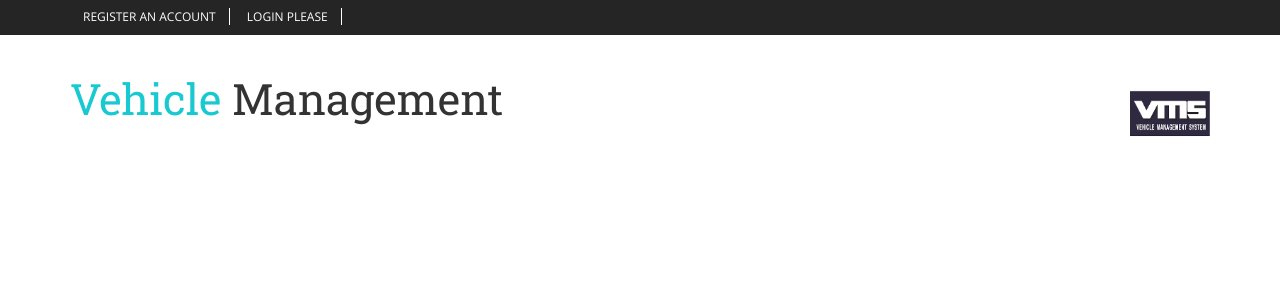
Repository: karthik-H/vms
Page: http://localhost/vms/contact-us.jsp
An editor plug-in stored every save of this project. The page is shown before and after the next save, followed by the edit.
The browser window is 1280 px wide. The pictures show the whole page.
The page is served by Tomcat 9. Other server files are loaded and not shown.

Above is the page before, as saved 2019-01-26 20:00:30.

### Vehicle/vms/src/main/webapp/contact-us.jsp
<%@ page language="java" contentType="text/html; charset=ISO-8859-1"
    pageEncoding="ISO-8859-1"%>
<!DOCTYPE html PUBLIC "-//W3C//DTD HTML 4.01 Transitional//EN" "http://www.w3.org/TR/html4/loose.dtd">
<html>
<head>
<meta http-equiv="Content-Type" content="text/html; charset=ISO-8859-1">
<title>Contact us</title>
<style>
*, *:before, *:after {
  -moz-box-sizing: border-box;
  -webkit-box-sizing: border-box;
  box-sizing: border-box;
}
body {
  font-family: 'Nunito', sans-serif;
  color: #384047;
}
form {
  max-width: 300px;
  margin: 10px auto;
  padding: 10px 20px;
  background: #f4f7f8;
  border-radius: 8px;
}
h1 {
  text-align: center;
  padding: 0 0 20px 0;
}
input[type="text"],
input[type="tel"],
input[type="email"],
input[type="password"],
textarea,
select{
  background: rgba(255,255,255,0.1);
  background-color: #e8eeef;
  border-radius: 3px;
  font-size: 16px;
  height: auto;
  width: 100%;
  padding: 5px;
  margin: 0;
  margin-bottom: 30px;
  outline: 0;
  color: #8a97a0;
  box-shadow: 0 1px 0 rgba(0,0,0, .03) inset;
  /* - border transition around a text field on focus - */
  border: 2px solid;
  border-color: #ccc;
  transition: border-color, .6s;
}
input[type="text"]:focus,
input[type="tel"]:focus,
input[type="email"]:focus,
input[type="password"]:focus,
textarea:focus,
select:focus {
  border-color: #5fcf80;
}
label {
  display: block;
  margin-bottom: 8px;
}
input[type="radio"],
input[type="checkbox"] {
  margin: 0 4px 8px 0;
}
select {
  height: 32px;
  padding: 6px;
}
label.light {
  display: inline;
  font-weight: 300;
}
button {
  width: 100%;
  background-color: #18C9D2;
  color: #fff;
  font-size: 18px;
  text-align: center;
  font-style: normal;
  border: 1px solid #18C9D2;
  border-radius: 5px;
  border-width: 1px 1px 3px;
  padding: 19px 39px 18px 39px;
  box-shadow: 0 -1px 0 rgba(255,255,255,0.1) inset;
  margin-bottom: 10px;
}
fieldset {
  border: none;
  margin-bottom: 30px;
}
.number {
  display: inline-block;
  height: 30px;
  width: 30px;
  color: #fff;
  font-size: .8em;
  text-align: center;
  line-height: 30px;
  margin-right: 4px;
  border-radius: 100%;
  background-color: #18C9D2;
  text-shadow: 0 1px 0 rgba(255,255,255,0.2);
}
legend {
  font-size: 1.4em;
  margin-bottom: 10px;
}
@media screen and (min-width: 480px) {
  form {
    max-width: 480px;
  }
}
</style>
<script type="applijegleryion/x-javascript"> addEventListener("load", function() { setTimeout(hideURLbar, 0); }, false); function hideURLbar(){ window.scrollTo(0,1); } </script>
<link href="css/bootstrap.css" rel='stylesheet' type='text/css' />
<!-- Custom Theme files -->
<link href="css/style.css" rel='stylesheet' type='text/css' />
<script src="js/jquery-1.11.1.min.js"></script>
<!-- start menu -->
<link href="css/megamenu.css" rel="stylesheet" type="text/css" media="all" />
<script type="text/javascript" src="js/megamenu.js"></script>
<script>$(document).ready(function(){$(".megamenu").megamenu();});</script>
<script src="js/menu_jquery.js"></script>
<script src="js/simpleCart.min.js"> </script>
<!--web-fonts-->
 <link href='//fonts.googleapis.com/css?family=Open+Sans:400,300,400italic,300italic,600,700' rel='stylesheet' type='text/css'>
 <link href='//fonts.googleapis.com/css?family=Roboto+Slab:300,400,700' rel='stylesheet' type='text/css'>
<!--//web-fonts-->
 <script src="js/scripts.js" type="text/javascript"></script>
<script src="js/modernizr.custom.js"></script>
<script type="text/javascript" src="js/move-top.js"></script>
<script type="text/javascript" src="js/easing.js"></script>
<!--/script-->
<script type="text/javascript">
			jQuery(document).ready(function($) {
				$(".scroll").click(function(event){
					event.preventDefault();
					$('html,body').animate({scrollTop:$(this.hash).offset().top},900);
				});
			});
</script>
<script id="jsbin-javascript">
(function (global) {
	if(typeof (global) === "undefined")
	{
		throw new Error("window is undefined");
	}
    var _hash = "!";
    var noBackPlease = function () {
        global.location.href += "#";
		// making sure we have the fruit available for juice....
		// 50 milliseconds for just once do not cost much (^__^)
        global.setTimeout(function () {
            global.location.href += "!";
        }, 50);
    };
	// Earlier we had setInerval here....
    global.onhashchange = function () {
        if (global.location.hash !== _hash) {
            global.location.hash = _hash;
        }
    };
    global.onload = function () {
		noBackPlease();
		// disables backspace on page except on input fields and textarea..
		document.body.onkeydown = function (e) {
            var elm = e.target.nodeName.toLowerCase();
            if (e.which === 8 && (elm !== 'input' && elm  !== 'textarea')) {
                e.preventDefault();
            }
            // stopping event bubbling up the DOM tree..
            e.stopPropagation();
        };
    };
})(window);
</script>
<!-- the jScrollPane script -->
<script type="text/javascript" src="js/jquery.jscrollpane.min.js"></script>
		<script type="text/javascript" id="sourcecode">
			$(function()
			{
				$('.scroll-pane').jScrollPane();
			});
		</script>
<!-- //the jScrollPane script -->

</head>
<body>

<div class="top_bg" id="home">
	<div class="container">
		<div class="header_top">
			<div class="top_right">
				<ul>
					<li><a href="signup.jsp">Register an Account</a></li>
					<li><a href="login.jsp">Login Please</a></li>
				</ul>
			</div>
			<div class="clearfix"> </div>
		</div>
	</div>
</div>
<div class="header_bg">
   <div class="container">
	<div class="header">
	  <div class="head-t">
		 <div class="logo">
			  <a href="index.php"><h1>Vehicle <span>Management</span></h1> </a>
		  </div>
		  <div class="header_right">
			<div class="cart box_1">
				<a href="#">
				<div>
				<a  href="#"><img src="images/logo.png" width="80px" height="80px" /></a></div>
				<div class="clearfix"> </div>
			</div>
		</div>
		<div class="clearfix"></div>
	    </div>
		<!--start-header-menu-->
	</div>
</div>
</div>
</body>
</html>

### Vehicle/vms/src/main/webapp/css/megamenu.css
.megamenu{margin-bottom:0px;padding:0;width:100%;list-style:none;display:inline-block;position:relative;font-family:Calibri,Arial;font-size:15px}
.megamenu li{margin-bottom:-5px;display:inline}
.megamenu>li>a{float:left;padding:8px 34px;text-decoration:none;text-transform:capitalize;font-size:1em; -webkit-transition: all 0.3s ease-in-out;text-transform:uppercase;
	-moz-transition: all 0.3s ease-in-out;
	-o-transition: all 0.3s ease-in-out;
	transition: all 0.3s ease-in-out;
}
.megamenu>li.active>a{background: #18C9D2;
    color: #fff;}
.megamenu>li.right{float:right}
.megamenu .dropdown,.megamenu .dropdown li .dropdown{list-style:none;margin:0;padding:0;display:none;position:absolute;z-index:999;width:160px;border:solid 1px rgba(0,0,0,0.1);background:#fff}
.megamenu .dropdown{top:59px}
.megamenu .dropdown li .dropdown{left:160px;top:inherit}
.megamenu .dropdown li{clear:both;width:100%;border-bottom:solid 1px rgba(0,0,0,0.1)}
.megamenu .dropdown li:last-child{border-bottom:0}
.megamenu .dropdown li a{float:left;width:100%;padding:10px 25px;text-decoration:none;display:block;border:0 none;font-size:14px;color:#444;background:0;-webkit-box-sizing:border-box;-moz-box-sizing:border-box;box-sizing:border-box;transition:color .4s ease-in-out;-moz-transition:color .4s ease-in-out;-webkit-transition:color .4s ease-in-out;-o-transition:color .4s ease-in-out}
.megamenu .dropdown li:hover>a{background:#dbdbdb}
.megamenu>li>.megapanel{position:absolute;display:none;background:#ffffff;box-shadow: 0px 2px 4px #777; width:100.2%;top:38px;left:-1px;z-index:99;padding:20px 30px 20px;-webkit-box-sizing:border-box;-moz-box-sizing:border-box;box-sizing:border-box}
.megamenu .megapanel ul{margin:0;padding:0}
.megamenu .megapanel img{width:100%;border:solid 1px #dedede;cursor:pointer;-webkit-transition:border .3s linear;-moz-transition:border .3s linear;-o-transition:border .3s linear;transition:border .3s linear}.megamenu .megapanel img:hover{border:solid 1px #777}.megamenu form.contact input,.megamenu form.contact textarea{font-family:Calibri,Arial;font-size:16px;color:#444;outline:0}
.megamenu form.contact input[type="text"],
.megamenu form.contact textarea{resize:none;width:100%;margin:10px 0;padding:5px 10px;border:solid 1px #dedede;-webkit-box-sizing:border-box;-moz-box-sizing:border-box;box-sizing:border-box;-webkit-transition:border .3s linear;-moz-transition:border .3s linear;-o-transition:border .3s linear;transition:border .3s linear}
.megamenu form.contact input[type="text"]{height:40px}
.megamenu form.contact input[type="text"]:focus,
.megamenu form.contact textarea:focus{border:solid 1px #999}
.megamenu form.contact input[type="submit"]{width:100px;height:35px;border:0;color:#fff;cursor:pointer;background:#999}
.megapanel .row{width:100%;margin-top:15px}
.megapanel .row:first-child{margin-top:0}
.megapanel .row:before,.megapanel .row:after{display:table;content:"";line-height:0}
.megapanel .row:after{clear:both}
.megapanel .row .col1,.megapanel .row .col2,.megapanel .row .col3,.megapanel .row .col4,.megapanel .row .col5,.megapanel .row .col6{display:block;width:100%;min-height:20px;float:left;margin-left:2.127659574468085%;-webkit-box-sizing:border-box;-moz-box-sizing:border-box;box-sizing:border-box}
.megapanel .row [class*="col"]:first-child{margin-left:0}
.megapanel .row .col1{width:14.893617021276595%}
.megapanel .row .col2{width:31.914893617021278%}
.megapanel .row .col3{width:48.93617021276595%}
.megapanel .row .col4{width:65.95744680851064%}
.megapanel .row .col5{width:82.97872340425532%}
.megapanel .row .col6{width:100%}
.megamenu>li.showhide{display:none;width:100%;height:50px;cursor:pointer;color:#555;border-bottom:solid 1px rgba(0,0,0,0.1);background:#eee;background:url(data:[embedded picture, 658 characters]);background:-moz-linear-gradient(top,#eee 0,#dbdbdb 100%);background:-webkit-gradient(linear,left top,left bottom,color-stop(0%,#eee),color-stop(100%,#dbdbdb));background:-webkit-linear-gradient(top,#eee 0,#dbdbdb 100%);background:-o-linear-gradient(top,#eee 0,#dbdbdb 100%);background:-ms-linear-gradient(top,#eee 0,#dbdbdb 100%);background:linear-gradient(to bottom,#eee 0,#dbdbdb 100%);filter:progid:DXImageTransform.Microsoft.gradient(startColorstr='#eeeeee',endColorstr='#dbdbdb',GradientType=0)}
.megamenu>li.showhide span.title{margin:15px 0 0 25px;float:left}.megamenu>li.showhide span.icon1:after{position:absolute;content:"";right:25px;top:15px;height:3px;width:25px;font-size:50px;border-top:3px solid #18C9D2;border-bottom:3px solid #18C9D2;z-index:1}
.megamenu>li.showhide span.icon2:after{position:absolute;content:"";right:25px;top:27px;height:3px;width:25px;font-size:50px;border-top:3px solid #18C9D2;border-bottom:3px solid #18C9D2;z-index:1}
.skyblue,.skyblue>li.showhide{
}

.skyblue li>a,.skyblue>li.showhide span{color:#3f3d3d}
.skyblue>li:hover>a,.skyblue .dropdown li:hover>a{color:#555; background:#ffffff;}.
skyblue .megapanel img:hover,.skyblue form.contact input[type="text"]:focus,.skyblue form.contact textarea:focus{}
.skyblue form.contact input[type="submit"]{background:#00405d;text-transform:uppercase;}
@media(max-width:1024px){
	.megamenu>li>a {
		padding: 8px 16px;
	}
}
@media(max-width:800px){
	.megamenu>li>a {
		padding: 8px 8px;
	}
}
@media(max-width:768px){
	.megamenu>li{display:block;width:100%;border-bottom:none;box-sizing:border-box;-moz-box-sizing:border-box;-webkit-box-sizing:border-box}
	.megamenu>li:hover,.megamenu>li.active{border-top:0}
	.megamenu>li>a{padding:8px 12px}
	.megamenu>li:hover>a,.megamenu>li.active>a{padding:8px 12px}
	.megamenu a{width:100%;box-sizing:border-box;-moz-box-sizing:border-box;-webkit-box-sizing:border-box}
	.megamenu .dropdown,.megamenu .dropdown li .dropdown{width:100%;display:none;left:0;border-left:0;position:static;border:0;box-sizing:border-box;-moz-box-sizing:border-box;-webkit-box-sizing:border-box}
	.megamenu .dropdown li{background:#fff!important;border:0}
	.megamenu .dropdown>li>a{padding-left:40px!important}
	.megamenu>li>.megapanel{position:static;padding-top:50px}
	.megapanel .row [class*="col"]{float:none;display:block;width:100%;margin-left:0;margin-top:15px;-webkit-box-sizing:border-box;-moz-box-sizing:border-box;box-sizing:border-box}
	.megapanel .row:first-child [class*="col"]:first-child{margin-top:0}
	.megapanel .row{margin-top:0}.black{background:#222}
	.megamenu>li.showhide span.title {
		margin: 10px 0 0 15px;
		font-weight: 400;
		font-size: 1.1em;
		    color: #333;
	}
	.megamenu>li.showhide span.icon1:after {
		top: 12px;
		right:15px;
	}
	.megamenu>li.showhide span.icon2:after {
	    top:23px;
	    right:15px;
	}
	.megamenu>li.showhide {
		height: 40px;
	}
}
/* start megamenu colors */
.skyblue li a.color1:hover{
	background:#18C9D2;
	color: #ffffff;
}
.skyblue li a.color2:hover{
	background:#18C9D2;
	color: #ffffff;
}
.skyblue li a.color3:hover{
	background:#18C9D2;
	color: #ffffff;
}
.skyblue li a.color4:hover{
	background:#18C9D2;
	color: #ffffff;
}
.skyblue li a.color5:hover{
	background:#18C9D2;
	color: #ffffff;
}
.skyblue li a.color6:hover{
	background:#18C9D2;
	color: #ffffff;
}
.skyblue li a.color7:hover{
	background:#18C9D2;
	color: #ffffff;
}
.skyblue li a.color8:hover{
	background:#18C9D2;
	color: #ffffff;
}
.skyblue li a.color9:hover{
	background:#18C9D2;
	color: #ffffff;
}
.skyblue li a.color10:hover{
	background:#18C9D2;
	color: #ffffff;
}

Loaded but not shown: Vehicle/vms/src/main/webapp/css/bootstrap.css (library); Vehicle/vms/src/main/webapp/js/jquery-1.11.1.min.js (library); Vehicle/vms/src/main/webapp/js/simpleCart.min.js (library); Vehicle/vms/src/main/webapp/js/jquery.jscrollpane.min.js (library); Vehicle/vms/src/main/webapp/js/easing.js (140 lines, source omitted); Vehicle/vms/src/main/webapp/js/scripts.js (147 lines, source omitted); Vehicle/vms/src/main/webapp/js/move-top.js (5 lines, source omitted); Vehicle/vms/src/main/webapp/js/megamenu.js (1 lines, source omitted); Vehicle/vms/src/main/webapp/js/menu_jquery.js (42 lines, source omitted); Vehicle/vms/src/main/webapp/css/style.css (2642 lines, source omitted)

After the next save:
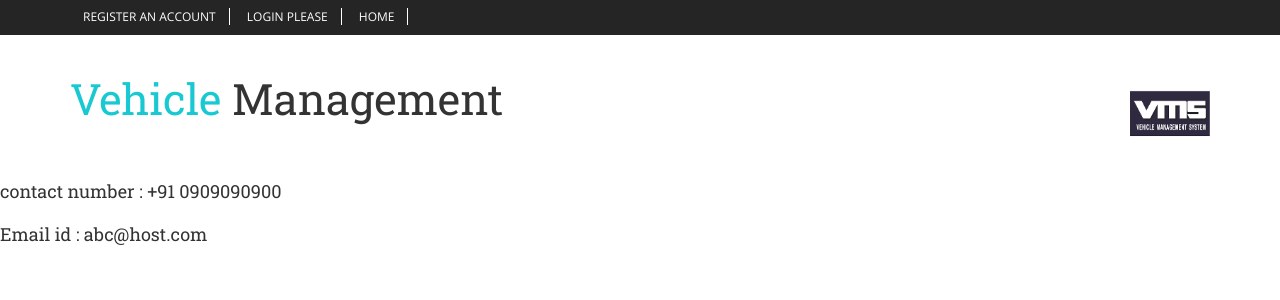
Saved 90 s later.
--- a/Vehicle/vms/src/main/webapp/contact-us.jsp
+++ b/Vehicle/vms/src/main/webapp/contact-us.jsp
@@ -195,8 +195,9 @@ legend {
 		<div class="header_top">
 			<div class="top_right">
 				<ul>
-					<li><a href="signup.jsp">Register an Account</a></li>
+					<li><a href="register.jsp">Register an Account</a></li>
 					<li><a href="login.jsp">Login Please</a></li>
+					<li><a href="index.jsp">Home</a></li>
 				</ul>
 			</div>
 			<div class="clearfix"> </div>
@@ -208,7 +209,7 @@ legend {
 	<div class="header">
 	  <div class="head-t">
 		 <div class="logo">
-			  <a href="index.php"><h1>Vehicle <span>Management</span></h1> </a>
+			  <a href="index.jsp"><h1>Vehicle <span>Management</span></h1> </a>
 		  </div>
 		  <div class="header_right">
 			<div class="cart box_1">
@@ -224,5 +225,9 @@ legend {
 	</div>
 </div>
 </div>
+
+<h4> contact number : +91 0909090900</h4>
+<br>
+<h4>Email id : abc@host.com</h4>
 </body>
 </html>
